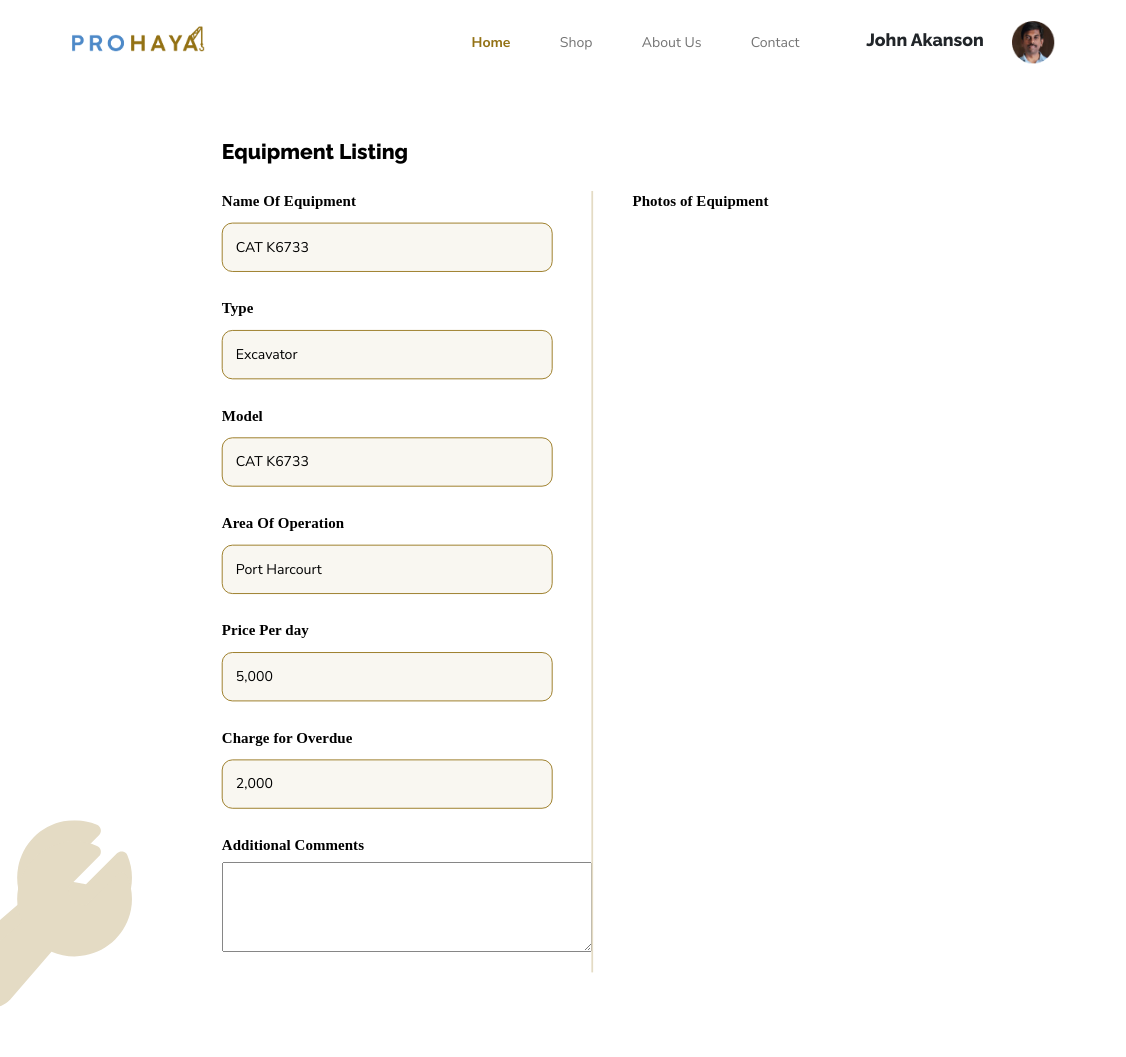
Repository: stormcelltech/Prohaya-UI
Page: Prohaya-UI/equipment_listing.html
An editor plug-in stored every save of this project. The page is shown before and after the next save, followed by the edit.
The browser window is 1280 px wide. The pictures show the whole page, at 88% of full size.
Some web libraries are served in a nearby version.

Above is the page before, as saved 2022-04-14 03:34:13.
Console error: TypeError: $(...).owlCarousel is not a function

### Prohaya-UI/equipment_listing.html
<!DOCTYPE html>
<html lang="en">

<head>
    <meta charset="UTF-8">
    <meta http-equiv="X-UA-Compatible" content="IE=edge">
    <meta name="viewport" content="width=device-width, initial-scale=1.0">
    <title>Prohaya</title>
    <script src="./assets/js/jquery-3.6.0.js"></script>
    <script src="./assets/bootstrap/dist/js/bootstrap.bundle.js"></script>
    <link rel="stylesheet" href="assets/bootstrap/dist/css/bootstrap.css">
    <link rel="stylesheet" href="./assets/css/custom.css">
    <link rel="stylesheet" href="./assets/css/carousel.css">
    <link rel="stylesheet" href="./assets/css/responsive.css">
    <script src="https://kit.fontawesome.com/151ccf5101.js" crossorigin="anonymous"></script>
    <link rel="stylesheet" href="assets/fontawesome/css/all.css">
    <link rel="preconnect" href="https://fonts.googleapis.com">
    <link rel="preconnect" href="https://fonts.gstatic.com" crossorigin>
    <link href="https://fonts.googleapis.com/css2?family=Raleway:wght@800&display=swap" rel="stylesheet">


</head>

<body>
    <nav class="navbar navbar-expand-lg navbar-light custom-navWidth bg-light">
        <div class="container">
            <a class="navbar-brand" href="#"><img src="assets/img/logo/logo.png" class="logo" alt=""></a>
            <button class="navbar-toggler border-0" type="button" data-bs-toggle="collapse" data-bs-target="#navbarSupportedContent" aria-controls="navbarSupportedContent" aria-expanded="false" aria-label="Toggle navigation">
            <span class="navbar-toggler-icon"></span>
          </button>
            <div class="collapse navbar-collapse" id="navbarSupportedContent">
                <ul class="navbar-nav custom-nav-link ms-auto mb-2 mb-lg-0">
                    <li class="nav-item">
                        <a class="nav-link active custom-active" aria-current="page" href="#">Home</a>
                    </li>
                    <li class="nav-item">
                        <a class="nav-link" href="shop.html">Shop</a>
                    </li>

                    <li class="nav-item">
                        <a class="nav-link" href="#">About Us</a>
                    </li>

                    <li class="nav-item">
                        <a class="nav-link" href="#">Contact</a>
                    </li>
                </ul>
                <div class="custom-nav-btn-container">
                    <!-- <a href="login.html" class="signin-link">Sign in</a> -->
                    <strong class="custom_john">John Akanson</strong>
                    <!-- <a href="signup.html" class="custom-btn-primary">Sign Up</a> -->
                    <img src="./assets/img/card img/Ellipse 14.png" alt="">
                </div>
            </div>
        </div>
    </nav>



    <header class="custom-listing-padding">
        <div class="container">
            <div class="row">
                <h1 class="custom_listing">Equipment Listing</h1>
                <form action="">
                    <div class="row custom-row-padding">
                        <div class="col-md-6">
                            <div class="mb-3">
                                <label for="exampleFormControlInput1" class="form-label custom-labels">Name Of Equipment</label>
                                <input type="text" class="form-control custom-input" id="exampleFormControlInput1" placeholder="CAT K6733">
                            </div>
                            <div class="mb-3">
                                <label for="exampleFormControlInput1" class="form-label custom-labels">Type</label>
                                <input type="text" class="form-control custom-input" id="exampleFormControlInput1" placeholder="Excavator">
                            </div>
                            <div class="mb-3">
                                <label for="exampleFormControlInput1" class="form-label custom-labels">Model</label>
                                <input type="text" class="form-control custom-input" id="exampleFormControlInput1" placeholder="CAT K6733">
                            </div>
                            <div class="mb-3">
                                <label for="exampleFormControlInput1" class="form-label custom-labels">Area Of Operation</label>
                                <input type="text" class="form-control custom-input" id="exampleFormControlInput1" placeholder="Port Harcourt">
                            </div>
                            <div class="mb-3">
                                <label for="exampleFormControlInput1" class="form-label custom-labels">Price Per day</label>
                                <input type="number" class="form-control custom-input" id="exampleFormControlInput1" placeholder="5,000">
                            </div>
                            <div class="mb-3">
                                <label for="exampleFormControlInput1" class="form-label custom-labels">Charge for Overdue</label>
                                <input type="number" class="form-control custom-input" id="exampleFormControlInput1" placeholder="2,000">
                            </div>
                            <div class="mb-3">
                                <label for="exampleFormControlInput1" class="form-label custom-labels">Additional Comments</label>
                                <textarea name="" id="" cols="43" rows="4"></textarea>
                                <!-- <input type="text" class="form-control custom-input" id="exampleFormControlInput1" placeholder="CAT K6733"> -->
                            </div>

                        </div>
                        <div class="col-md-1 ">
                            <div class="custom_hr">
                            </div>
                        </div>

                        <div class="col-md-5">
                            <strong class="custom_photo_section">Photos of Equipment</strong>
                        </div>
                    </div>
                </form>

            </div>
        </div>
    </header>
    <div class="container-fluid">
        <div class="spanner-container">
            <img src="./assets/img/header component/Vector.svg" class="" alt="">
        </div>
    </div>
    <div class="container-fluid">
        <div class="spanner-container">
            <img src="./assets/img/header component/Vector.svg" class="" alt="">
        </div>
    </div>
    <!-- <div class="container my-5">
        <div class="input-group d-md-none">
            <select class="form-select custom-form-select" id="inputGroupSelect04" aria-label="Example select with button addon">
              <option class="selected" selected>Location</option>
              <option value="1">One</option>
              <option value="2">Two</option>
              <option value="3">Three</option>
            </select>
            <select class="form-select custom-form-select" id="inputGroupSelect04" aria-label="Example select with button addon">
                <option class="selected" selected>Categories</option>
                <option value="1">One</option>
                <option value="2">Two</option>
                <option value="3">Three</option>
              </select>
            <select class="form-select custom-form-select" id="inputGroupSelect04" aria-label="Example select with button addon">
                <option class="selected" selected>Price</option>
                <option value="1">One</option>
                <option value="2">Two</option>
                <option value="3">Three</option>
              </select>
            <button class="btn btn-outline-secondary custom-brown-btn" type="button"><i class="fas fa-search"></i></button>
        </div>
    </div> -->
    <!-- <div class="container-fluid">
        <div class="spanner-container">
            <img src="./assets/img/header component/Vector.svg" class="" alt="">
        </div>
    </div> -->

    <!-- <section class="what-we-offer-bg">
        <div class="container">
            <h1 class="custom-heading-2 mt-5 text-white">
                What we offer
            </h1>
            <div class="line"></div>
        </div>

        <div class="container">
            <div class="row my-5 row-padding">
                <div class="col-md-4">
                    <div class="card mb-3 bg-transparent border-0" style="max-width: 540px;">
                        <div class="row g-0">
                            <div class="col-md-3 col-sm-12">
                                <div class="card-box d-flex justify-content-center">
                                    <div class="circle-1 text-center">
                                        <div class="icon-padding">
                                            <img src="./assets/img/icon/paste.png" width="35px" style="margin: 0 auto;" alt="">
                                        </div>
                                    </div>
                                </div>
                            </div>
                            <div class="col-md-9 text-start">
                                <div class="card-body">
                                    <h5 class="card-title custom-card-title">Listings Of Equipments</h5>
                                    <p class="card-text custom-card-text">Prohaya connects you with a wide range of equipments from vendors all around Nigeria. </p>
                                </div>
                            </div>
                        </div>
                    </div>
                </div>
                <div class="col-md-4">
                    <div class="card mb-3 bg-transparent border-0" style="max-width: 540px;">
                        <div class="row g-0">
                            <div class="col-md-3">
                                <div class="card-box d-flex justify-content-center">
                                    <div class="circle-2 text-center">
                                        <div class="icon-padding">
                                            <img src="./assets/img/icon/van-cargo.png" width="35px" style="margin: 0 auto;" alt="">
                                        </div>
                                    </div>
                                </div>
                            </div>
                            <div class="col-md-9 text-start">
                                <div class="card-body">
                                    <h5 class="card-title custom-card-title">Delivery Nationwide</h5>
                                    <p class="card-text custom-card-text">Prohaya connects you with a wide range of equipments from vendors all around Nigeria. </p>
                                </div>
                            </div>
                        </div>
                    </div>
                </div>
                <div class="col-md-4">
                    <div class="card mb-3 bg-transparent border-0" style="max-width: 540px;">
                        <div class="row g-0">
                            <div class="col-md-3">
                                <div class="card-box d-flex justify-content-center">
                                    <div class="circle-3 text-center">
                                        <div class="icon-padding">
                                            <img src="./assets/img/icon/arrow.png" width="35px" style="margin: 0 auto;" alt="">
                                        </div>
                                    </div>
                                </div>
                            </div>
                            <div class="col-md-9 text-start">
                                <div class="card-body">
                                    <h5 class="card-title custom-card-title">Negotiable Payments</h5>
                                    <p class="card-text custom-card-text">Prohaya connects you with a wide range of equipments from vendors all around Nigeria. </p>
                                </div>
                            </div>
                        </div>
                    </div>
                </div>
            </div>
        </div>
    </section> -->

    <!-- <section class="section-settings-3">
        <div class="container">
            <h1 class="custom-heading-3 mt-5 text-center">
                What do you need ?
            </h1>
        </div>

        <div class="container">
            <div class="row">
                <div class="col-md-4">
                    <div class="card" style="width: 20rem;">
                        <img src="./assets/img/background/unsplash_jibUsRaauLY.png" class="card-img-top p-3" alt="...">
                        <div class="card-body">
                            <div class="card-title custom-card-title-2">
                                Excavators
                            </div>
                            <div class="card-text font-weight-bold">
                                Available
                            </div>
                        </div>
                    </div>
                </div>
                <div class="col-md-4">
                    <div class="card" style="width: 20rem;">
                        <img src="./assets/img/background/unsplash_AI2YT94sSeA@2x.png" class="card-img-top p-3" alt="...">
                        <div class="card-body">
                            <div class="card-title custom-card-title-2">
                                Bulldozers
                            </div>
                            <div class="card-text font-weight-bold">
                                Available
                            </div>
                        </div>
                    </div>
                </div>
                <div class="col-md-4">
                    <div class="card" style="width: 20rem;">
                        <img src="./assets/img/background/unsplash_9qfH_EIzH6w.png" class="card-img-top p-3" alt="...">
                        <div class="card-body">
                            <div class="card-title custom-card-title-2">
                                Graders
                            </div>
                            <div class="card-text font-weight-bold">
                                Available
                            </div>
                        </div>
                    </div>
                </div>
            </div>



        </div>
    </section> -->

    <!-- <section class="section-settings-4">
        <div class="container">
            <h1 class="custom-heading-2 mt-5 text-dark">
                Testimonials
            </h1>
            <div class="line"></div>
        </div>

        <div class="container">
            <div class="circle-quote-container d-flex justify-content-start">
                <div class="circle-quote d-inline-flex">
                    <span class="circle-quote-img"><img src="./assets/img/icon/Vector.svg" alt=""></span><span></span>
                </div>
            </div>
            <div class="row testimonial-margin">
                <div class="col-md-4">
                    <div class="card">
                        <img src="assets/img/background/Rectangle 28.png" alt="" class="card-img-top">
                        <div class="card-body">
                            <div class="card-text my-2 text-justify">
                                Lorem ipsum dolor sit amet, consectetur adipiscing elit. Lacus scelerisque faucibus feugiat sed vestibulum sit mauris eget tempor. Hac lacus, posuere in bibendum interdum.
                            </div>
                            <div class="card-title font-weight-bold">
                                <b>
                                Kate
                                </b>
                            </div>
                            <div class="text-gray">
                                Elizade Construction Company
                            </div>
                        </div>
                    </div>
                </div>
                <div class="col-md-4">
                    <div class="card">
                        <img src="assets/img/background/unsplash_vK6HbLrGzZc.png" alt="" class="card-img-top">
                        <div class="card-body">
                            <div class="card-text my-2 text-justify">
                                Lorem ipsum dolor sit amet, consectetur adipiscing elit. Lacus scelerisque faucibus feugiat sed vestibulum sit mauris eget tempor. Hac lacus, posuere in bibendum interdum.
                            </div>
                            <div class="card-title font-weight-bold">
                                <b>
                                    Okoro
                                </b>
                            </div>
                            <div class="text-gray">
                                Elizade Construction Company
                            </div>
                        </div>
                    </div>
                </div>
                <div class="col-md-4">
                    <div class="card">
                        <img src="assets/img/background/unsplash_KHO_jvns5Xc.png" alt="" class="card-img-top">
                        <div class="card-body">
                            <div class="card-text my-2 text-justify">
                                Lorem ipsum dolor sit amet, consectetur adipiscing elit. Lacus scelerisque faucibus feugiat sed vestibulum sit mauris eget tempor. Hac lacus, posuere in bibendum interdum.
                            </div>
                            <div class="card-title font-weight-bold">
                                <b>
                                    Micheal
                                </b>
                            </div>
                            <div class="text-gray">
                                Elizade Construction Company
                            </div>
                        </div>
                    </div>
                </div>
            </div>

            <div class="circle-quote-container d-flex justify-content-end">
                <div class="circle-quote-2 d-inline-flex"> -->
                    <!-- <span class="circle-quote-img"><img src="./assets/img/icon/Vector.svg" alt=""></span><span></span> -->
                    <!-- <span></span> <span class="circle-quote-img-2"><img src="./assets/img/icon/Vector.svg" alt=""></span>
                </div>
            </div>
        </div>
    </section> -->

    <!-- <section class="section-settings-5">
        <div class="container">
            <div class="row d-flex justify-content-center">
                <div class="col-md-6">
                    <div class="details-1 pb-5 my-lg-5">
                        The largest community of <br> Heavy duty equipments <br> Hirers and Users
                    </div>
                </div>
                <div class="col-md-6">
                    <div class="card custom-signup-card">
                        <div class="signup-heading">
                            Sign up for a free account
                        </div>
                        <div class="card-body p-4">
                            <form action="" class="px-4">
                                <div class="row">
                                    <div class="col-md-6 mt-4">
                                        <input type="text" class="form-control form-custom-control" placeholder="First name" name="firstname" id="">
                                    </div>
                                    <div class="col-md-6 mt-4">
                                        <input type="text" name="lastname" class="form-control form-custom-control" placeholder="Last name" id="">
                                    </div>
                                </div>
                                <div class="row mt-4">
                                    <div class="col-md-12">
                                        <input type="email" class="form-control form-custom-control" placeholder="Email address" name="firstname" id="">
                                    </div>

                                </div>

                                <div class="row my-4">
                                    <div class="col-md-12">
                                        <input type="password" class="form-control form-custom-control" placeholder="Create password" name="firstname" id="">
                                    </div>

                                </div>

                                <div class="signup-btn-container mb-4">
                                    <button type="submit" class="custom-btn custom-primary-btn">Register</button>
                                </div>
                            </form>
                        </div>
                    </div>
                </div>
            </div>
        </div>
    </section> -->

    <!-- <footer class="footer-settings">
        <div class="container">
            <div class="row mt-5">
                <div class="col-md-12">
                    <div class="row">
                        <div class="col-md-4">
                            <div class="logo-brand">
                                <img src="./assets/img/logo/logo.png" alt="">
                            </div>
                        </div>
                        <div class="col-md-4">
                            <div class="col-md-12">
                                <div class="row">
                                    <div class="col-md-4">
                                        <a href="#" class="footer-link">Contact Us</a>
                                    </div>
                                    <div class="col-md-4">
                                        <a href="#" class="footer-link">Community</a>
                                    </div>
                                    <div class="col-md-4">
                                        <a href="#" class="footer-link">Company</a>
                                    </div>
                                </div>
                            </div>
                        </div>
                        <div class="col-md-4">
                            <div class="footer-copyright">
                                © Prohaya, Inc. 2022. We love our users!
                            </div>
                        </div>
                    </div>
                </div>
            </div> -->
            <!-- <div class="footer-bg">
                <img src="./assets/img/background/footer-bg.png" class="fixed-bottom" alt="">
            </div> -->

        <!-- </div>

    </footer> -->
    <!-- <div class="footer-custom-style">
        <div></div>
        <div></div>
    </div> -->
    <!-- <div class="footer-cover">
    </div> -->











    <script src="./assets/js/slider.js"></script>
</body>

</html>

Loaded but not shown: assets/js/jquery-3.6.0.js (library); assets/bootstrap/dist/js/bootstrap.bundle.js (library); assets/bootstrap/dist/css/bootstrap.css (library); assets/fontawesome/css/all.css (library); assets/js/slider.js (95 lines, source omitted); Prohaya-UI/assets/css/custom.css (836 lines, source omitted); assets/css/carousel.css (no copy from this time; the picture is the same without it); assets/css/responsive.css (no copy from this time; the picture is the same without it)

After the next save:
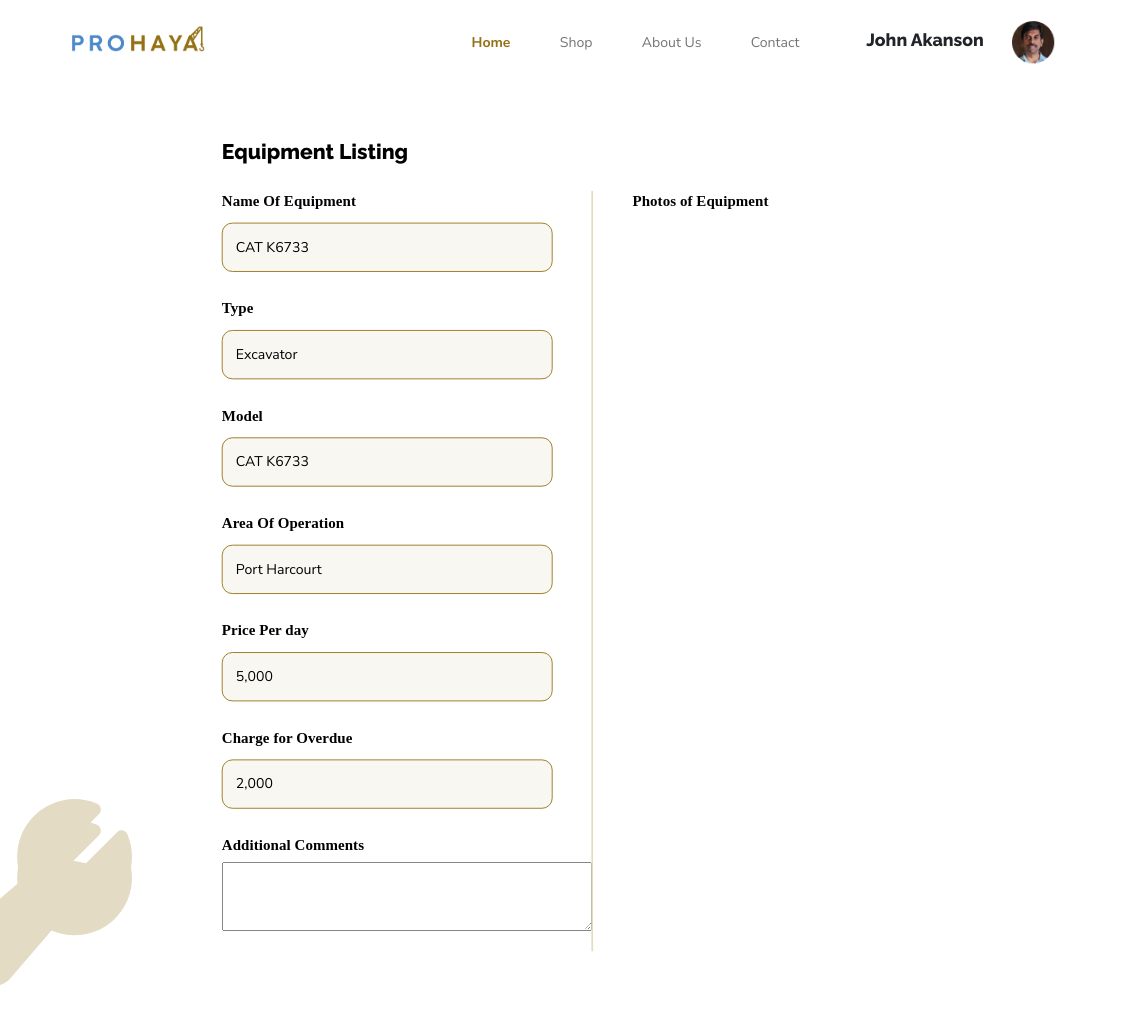
Saved 31 s later.
--- a/Prohaya-UI/equipment_listing.html
+++ b/Prohaya-UI/equipment_listing.html
@@ -90,7 +90,7 @@
                             </div>
                             <div class="mb-3">
                                 <label for="exampleFormControlInput1" class="form-label custom-labels">Additional Comments</label>
-                                <textarea name="" id="" cols="43" rows="4"></textarea>
+                                <textarea name="" id="" cols="43" rows="3"></textarea>
                                 <!-- <input type="text" class="form-control custom-input" id="exampleFormControlInput1" placeholder="CAT K6733"> -->
                             </div>
 
